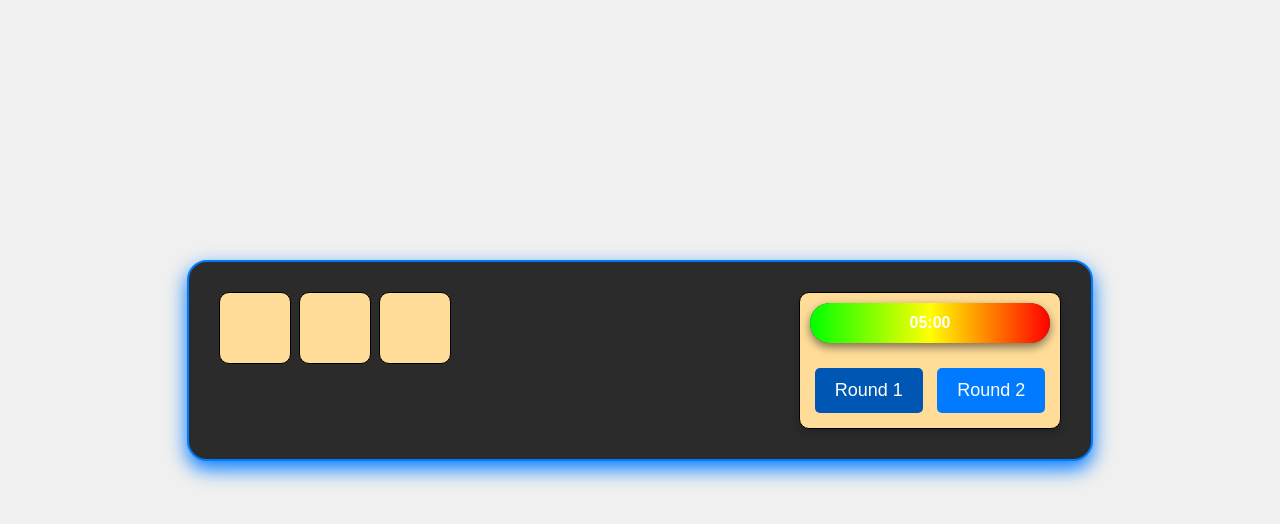
Repository: radisyah/THE_BRAIN_STORM
Page: Broken Link.html
These files come from the project's save history. The page is drawn as it stood at one moment and after the next save; the edit follows.
The browser window is 1280 px wide. The pictures show the whole page.

Above is the page before, as saved 2024-11-11 11:31:41.

### Broken Link.html
<!DOCTYPE html>
<html lang="en">
<head>
    <meta charset="UTF-8">
    <meta name="viewport" content="width=device-width, initial-scale=1.0">
    <title>The Brain Storm | Broken Link</title>
    <style>
        body {
            font-family: Arial, sans-serif;
            display: flex;
            justify-content: center; /* Center the content horizontally */
            align-items: center; /* Center vertically */
            height: 100vh;
            margin: 0;
            background-color: #f0f0f0;
        }

        .container {
            display: flex;
            justify-content: center; /* Align the grid and buttons side by side */
            align-items: flex-start;
            background-color: #2b2b2b;
            border-radius: 20px;
            box-shadow: 0 8px 20px  #007bff;
            padding: 30px;
            border: 2px solid #007bff;
            transition: transform 0.3s ease-in-out;

        }

        .grid-container {
            display: grid;
            grid-template-columns: repeat(7, 70px); /* 7 columns for the grid */
            grid-gap: 10px; /* Increased gap between grid items */
            justify-content: center;
            margin-right: 30px; /* Space between grid and buttons */
        }

        .container:hover {
            transform: scale(1.02); /* Slight scale effect when hovering over the container */
        }

        .grid-item {
            width: 70px;
            height: 70px;
            display: flex;
            align-items: center;
            justify-content: center;
            font-size: 24px;
            background-color: #ffdd99;
            border: 1px solid #000;
            color: #000;
            cursor: pointer;
            position: relative;
            border-radius: 10px;
            transition: transform 0.3s ease-in-out;
        }

        .grid-item:hover {
            transform: scale(1.10);
        }

        .highlighted {
            background-color: #28a745; /* Green when correct */
        }

        .blue {
            background-color: lightblue; /* Blue for temporary path */
        }

        .locked {
            background-color: #28a745;
            color: white;
            cursor: not-allowed;
            border-color: #007bff;
        }

        .selected {
            background-color: lightblue;
        }

        .no-number {
            cursor: pointer;
        }

        button {
            margin: 5px 5px;
            padding: 10px 20px;
            font-size: 18px;
            border: none;
            border-radius: 5px;
            background-color: #007bff;
            color: white;
            cursor: pointer;
            transition: background-color 0.3s;
        }

        button:hover {
            background-color: #0056b3;
        }


        .question-buttons {
            display: flex;
            flex-direction: column; /* Align buttons vertically */
            gap: 10px;
            padding: 10px; /* Added padding */
            background-color: #ffdd99; /* Background color for buttons layout */
            border-radius: 10px; /* Rounded corners */
            box-shadow: 0 4px 8px rgba(0, 0, 0, 0.2); /* Shadow for effect */
             border: 1px solid #000;
        }


        .question-button {
            padding: 12px 20px; /* Increased padding */
            font-size: 18px; /* Increased font size */
            cursor: pointer;
            background-color: #007bff;
            color: white;
            border: none;
            border-radius: 5px;
            transition: background-color 0.3s;
        }

        .question-button.active { background-color: #0056b3; } /* Warna berbeda untuk tombol aktif */


        .video-container {
            position: fixed;
            top: 0;
            left: 0;
            width: 100%;
            height: 100%;
            display: flex;
            justify-content: center;
            align-items: center;
            z-index: 1000;
            object-fit: contain;
        }

        video {
            width: 100%;
            height: 100%;
            object-fit: contain;
        }

        .modal-content h2 {
            font-size: 24px;
            margin-bottom: 20px;
        }

        .modal-content p {
            font-size: 20px;
            margin: 10px 0;
        }

        .modal {
            display: none;
            position: fixed;
            z-index: 1;
            left: 0;
            top: 0;
            width: 100%;
            height: 100%;
            background-color: rgba(0, 0, 0, 0.7);
            justify-content: center;
            align-items: center;
        }

        .modal-content {
            background-color: white;
            padding: 20px;
            border-radius: 15px;
            box-shadow: 0px 0px 15px 0px rgba(0, 0, 0, 0.3);
            text-align: center;
            font-size: 24px;
            color: #333; /* Text color */
        }

        .close {
            margin-top: 20px;
            cursor: pointer;
            background-color: #007bff;
            color: white;
            padding: 10px 20px;
            border: none;
            border-radius: 5px;
            transition: background-color 0.3s;
        }

        .close:hover {
            background-color: #0056b3; /* Darker blue on hover */
        }


        /* Timer container styles */
        .timer-container {
            position: relative;
            width: 100%;
            height: 40px;
            background-color: #333;
            border-radius: 20px;
            overflow: hidden;
            box-shadow: 0px 4px 10px rgba(0, 0, 0, 0.5);
            margin-bottom: 10px;
        }

        /* Timer text styles */
        #timer {
            position: absolute;
            top: 50%;
            left: 50%;
            transform: translate(-50%, -50%);
            color: white;
            font-size: 16px;
            font-weight: bold;
            z-index: 2;
        }

        /* Progress bar styles */
        .timer-bar {
            position: absolute;
            top: 0;
            left: 0;
            height: 100%;
            background: linear-gradient(90deg, #00ff00, #ffff00, #ff0000);
            width: 100%;
            transition: width 1s linear;
            z-index: 1;
        }



    </style>


</head>
<body>


<div class="container">
    <div class="grid-container" id="gridContainer">
        <!-- Grid will be inserted dynamically here -->
    </div>
    <div class="question-buttons">
        <div class="timer-container">
            <div id="timer">05:00</div>
            <div class="timer-bar"></div>
        </div>
        <div>
            <button class="question-button" data-round="1" onclick="loadQuestion(1)">Round 1</button>
            <button class="question-button" data-round="2" onclick="loadQuestion(2)">Round 2</button>

        </div>
    </div>

</div>


<script>
    // Data untuk grid dan jalur dinamis untuk ronde 1 dan ronde 2
    const gridDataRound1 = [
        { number: 1, hasNumber: false },
        { number: 2, hasNumber: false },
        { number: 3, hasNumber: false },
    ];

    const gridDataRound2 = [
        { number: 1, hasNumber: '19' },
        { number: 2, hasNumber: false },
        { number: 3, hasNumber: false },
    ];

    const correctPathsRound1 = [
       [1,2,3],
    ];

    const correctPathsRound2 = [
        [1,2,3],

    ];

    let currentPath = [];
    let lockedGrids = new Set();
    let currentRound = 1; // Menyimpan ronde aktif
    let timeLimit = 240; // Limit waktu dalam detik
    let timeRemaining = timeLimit;
    let isTimerRunning = false;
    const timerDisplay = document.getElementById('timer');
    const timerBar = document.querySelector('.timer-bar');

    function startTimer() {
        if (isTimerRunning) return;
        isTimerRunning = true;

        timerInterval = setInterval(() => {
            timeRemaining--;

            // Format menit dan detik
            const minutes = Math.floor(timeRemaining / 60);
            const seconds = timeRemaining % 60;
            timerDisplay.textContent = `${minutes < 10 ? '0' + minutes : minutes}:${seconds < 10 ? '0' + seconds : seconds}`;

            // Perbarui lebar progress bar
            const percentage = (timeRemaining / timeLimit) * 100;
            timerBar.style.width = `${percentage}%`;

            // Ubah warna progress bar
            if (percentage <= 33) {
                timerBar.style.background = "#ff0000";
            } else if (percentage <= 66) {
                timerBar.style.background = "#ffff00";
            } else {
                timerBar.style.background = "#00ff00";
            }

            // Ketika waktu habis
            if (timeRemaining <= 0) {
                clearInterval(timerInterval);
                isTimerRunning = false;
                timerDisplay.textContent = "Time is Over";
                disableGridInteractions(); // Fungsi untuk mengunci input
            }
        }, 1000);
    }


    // Fungsi untuk memuat soal berdasarkan ronde yang dipilih
    function loadQuestion(round) {
        // Kosongkan grid yang ada
        const container = document.getElementById('gridContainer');
        container.innerHTML = ''; // Hapus semua elemen grid lama

        // Reset variabel global
        currentPath = [];
        lockedGrids.clear();

        // Pilih data yang sesuai berdasarkan ronde
        let gridData, correctPaths;
        if (round === 1) {
            gridData = gridDataRound1;
            correctPaths = correctPathsRound1;
        } else if (round === 2) {
            gridData = gridDataRound2;
            correctPaths = correctPathsRound2;
        }

        currentRound = round; // Perbarui ronde saat ini

        // Update tampilan tombol untuk ronde
        updateButtonState(round);

        // Generate grid untuk ronde yang dipilih
        generateGrid(gridData, correctPaths);
    }

    function updateButtonState(activeRound) {
        document.querySelectorAll('.question-button').forEach(button => {
            const round = parseInt(button.getAttribute('data-round'));
            if (round === activeRound) {
                button.classList.add('active'); // Adds active styling
                button.disabled = false;
            } else {
                button.classList.remove('active');
                button.disabled = round > activeRound; // Disable buttons for future rounds
            }
        });
    }

    // Fungsi untuk membuat grid berdasarkan data yang diberikan
    function generateGrid(gridData, correctPaths) {
        const container = document.getElementById('gridContainer');
        gridData.forEach(item => {
            const gridItem = document.createElement('div');
            gridItem.classList.add('grid-item');
            gridItem.setAttribute('data-number', item.number);

            if (item.hasNumber) {
                gridItem.textContent = item.hasNumber; // Display the string like "√625"
            } else {
                gridItem.classList.add('no-number');
            }

            container.appendChild(gridItem);

            gridItem.addEventListener('click', (event) => {
                handleGridClick(event, item.number, correctPaths);
            });

            if (lockedGrids.has(item.number)) {
                gridItem.classList.add("locked");
            }
        });
    }

   // Fungsi untuk menangani klik pada grid
   function handleGridClick(event, clickedNumber, correctPaths) {
        if (lockedGrids.has(clickedNumber)) {
            return;
        }

        if (currentPath.length === 0) {
            currentPath.push(clickedNumber);
            event.currentTarget.classList.add("blue");
            return;
        }

        if (isValidStep(clickedNumber, correctPaths)) {
            currentPath.push(clickedNumber);
            event.currentTarget.classList.add("blue");

            highlightCurrentPath();

            if (isPathComplete(correctPaths)) {
                lockPath();
                checkRoundCompletion();
            }
        } else {
            resetGrid();
        }
    }

    function isValidStep(clickedNumber, correctPaths) {
        const lastStep = currentPath[currentPath.length - 1];
        return correctPaths.some(path => {
            const indexLastStep = path.indexOf(lastStep);
            return indexLastStep !== -1 && path[indexLastStep + 1] === clickedNumber;
        }) || correctPaths.some(path => {
            const indexLastStep = path.indexOf(lastStep);
            return indexLastStep !== -1 && path[indexLastStep - 1] === clickedNumber;
        });
    }

    function highlightCurrentPath() {
        document.querySelectorAll(".grid-item").forEach(item => {
            const number = parseInt(item.getAttribute("data-number"));
            if (currentPath.includes(number)) {
                item.classList.add("blue");
            } else {
                item.classList.remove("blue");
            }
        });
    }

    function isPathComplete(correctPaths) {
        return correctPaths.some(path => {
            return path.every(step => currentPath.includes(step)) || path.reverse().every(step => currentPath.includes(step));
        });
    }

    function lockPath() {
        currentPath.forEach(step => {
            lockedGrids.add(step);
            document.querySelector(`[data-number="${step}"]`).classList.add("locked");
        });
        currentPath = [];
    }

    function resetGrid() {
        document.querySelectorAll(".grid-item").forEach(item => {
            const number = parseInt(item.getAttribute("data-number"));
            if (!lockedGrids.has(number)) {
                item.classList.remove("blue", "highlighted", "locked");
            }
        });
        currentPath = [];
    }


    function checkRoundCompletion() {
        const allPathsLocked = correctPathsRound1.every(path =>
            path.every(step => lockedGrids.has(step))
        );

        if (currentRound === 1 && allPathsLocked) {
            setTimeout(() => loadQuestion(2), 1000); // 1-second delay before switching to Round 2
        } else if (currentRound === 2 && allPathsLocked) {
            setTimeout(showGameOverModal, 1000); // 1-second delay before showing game over modal
        }
    }

    function updateButtonStyles(activeRound) {
        document.querySelectorAll(".question-button").forEach((button, index) => {
            if (index + 1 === activeRound) {
                button.classList.add("active-round");
            } else {
                button.classList.remove("active-round");
            }
        });
    }

    function showGameOverModal() {
        const modal = document.createElement('div');
        modal.classList.add('modal');
        modal.innerHTML = `
            <div class="modal-content">
                <button class="next-mission" onclick="goToNextMission()">CLOSING SESSION</button>
            </div>
        `;
        document.body.appendChild(modal);
        modal.style.display = 'flex';
    }

    function goToNextMission() {
        document.querySelector('.modal').style.display = 'none';
        const videoContainer = document.createElement('div');
        videoContainer.classList.add('video-container');
        videoContainer.innerHTML = `
            <video id="closingVideo" src="CLOSING.mp4" autoplay controls></video>
        `;
        document.body.appendChild(videoContainer);

        const closingVideo = document.getElementById('closingVideo');
        closingVideo.play();
        closingVideo.addEventListener('ended', () => {
            window.location.href = 'opening.html';
        });
    }

    loadQuestion(1);


</script>

</body>
</html>

After the next save:
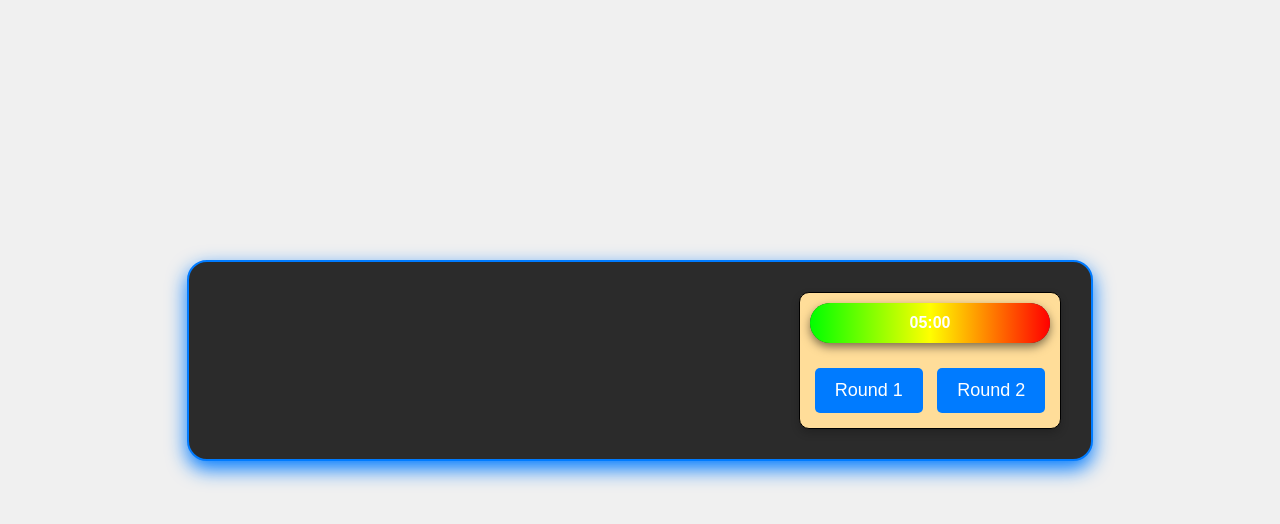
Console error: ReferenceError: loadGrid is not defined
Saved 35 s later.
--- a/Broken Link.html
+++ b/Broken Link.html
@@ -518,7 +518,12 @@
         });
     }
 
-    loadQuestion(1);
+    // Mulai timer saat halaman dimuat
+    window.onload = () => {
+        loadGrid(questions[1]); // Load pertanyaan pertama secara default
+        window.addEventListener('resize', resizeCanvas);
+        startTimer(); // Panggil timer
+    };
 
 
 </script>

After the save that followed:
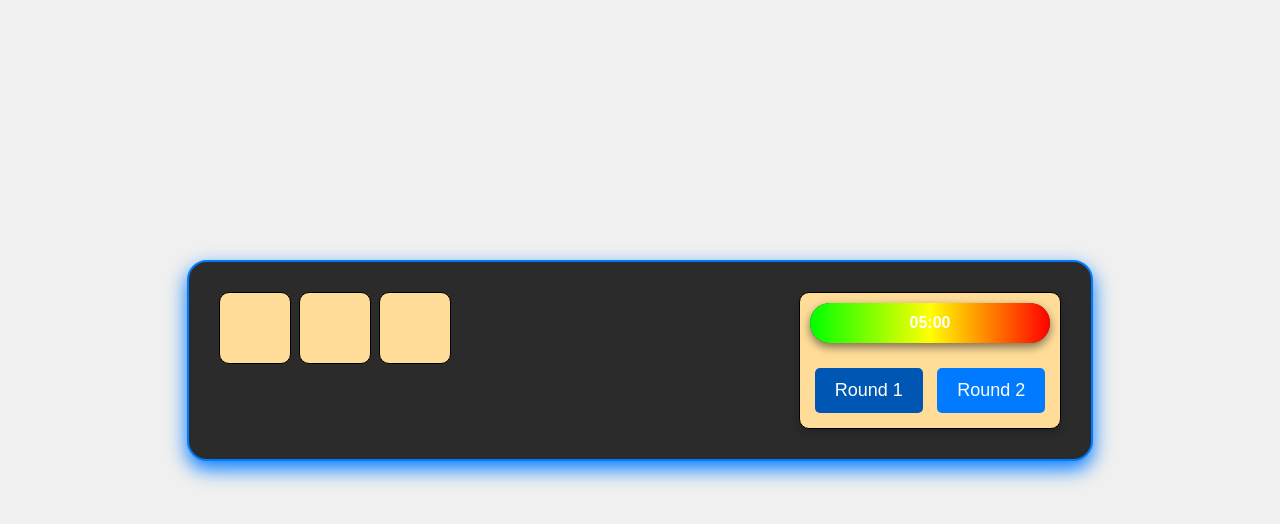
Console error: ReferenceError: resizeCanvas is not defined
Saved 12 s later.
--- a/Broken Link.html
+++ b/Broken Link.html
@@ -518,9 +518,10 @@
         });
     }
 
-    // Mulai timer saat halaman dimuat
-    window.onload = () => {
-        loadGrid(questions[1]); // Load pertanyaan pertama secara default
+
+     // Mulai timer saat halaman dimuat
+     window.onload = () => {
+        loadQuestion(1);
         window.addEventListener('resize', resizeCanvas);
         startTimer(); // Panggil timer
     };
